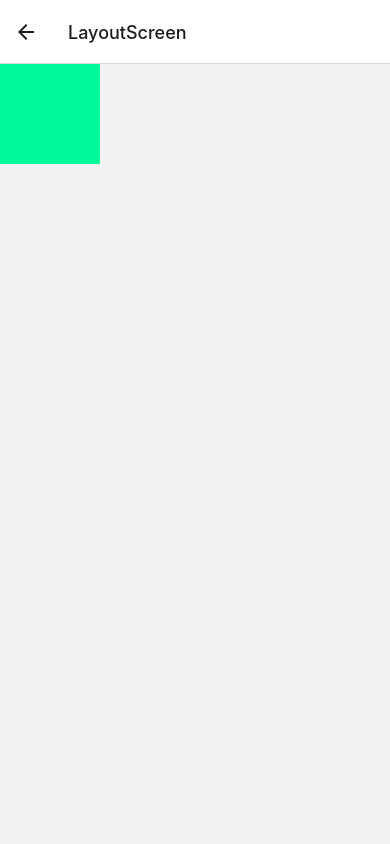
Repository: DS151-UFPR-2023/DS151_Israel-De-Quadros_EX4
Screen: /LayoutScreen
These files come from the project's save history. The screen is drawn as it stood at one moment and after the next save; the edit follows.
The app was drawn by React Native's web renderer in a window 390 px wide. The project was rebuilt for these pictures with package versions that can differ from the ones it lists, and the page was loaded fresh each time. Also part of the build but not shown: src/components/style.js, src/components/title/index.js, src/components/result/index.js, src/components/form/index.js, src/components/main/index.js, src/components/novoComponente/index.js, src/components/counterScreen.js, src/components/ColorList.js.

Above is the screen before, as saved 2023-09-08 18:37:29.

After the next save:
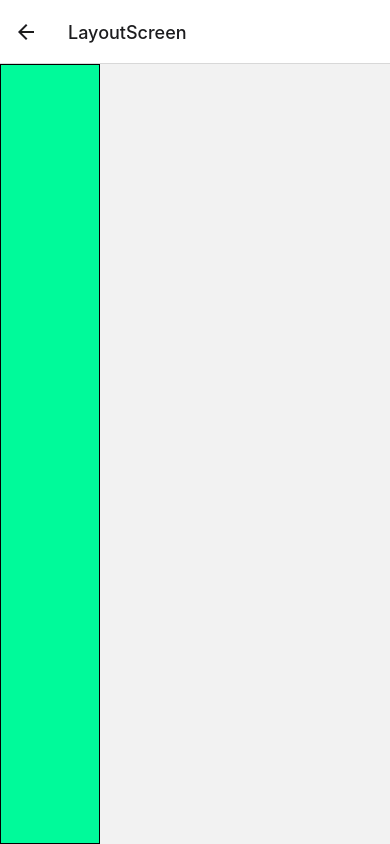
Saved 24 s later.
--- a/src/components/LayoutScreen.js
+++ b/src/components/LayoutScreen.js
@@ -15,6 +15,8 @@ const styles = StyleSheet.create({
         width: 100,
         height: 100,
         backgroundColor: '#00FA9A',
+        flex:1,
+        borderWidth: 1,
     }
 });
 export default LayoutScreen;
